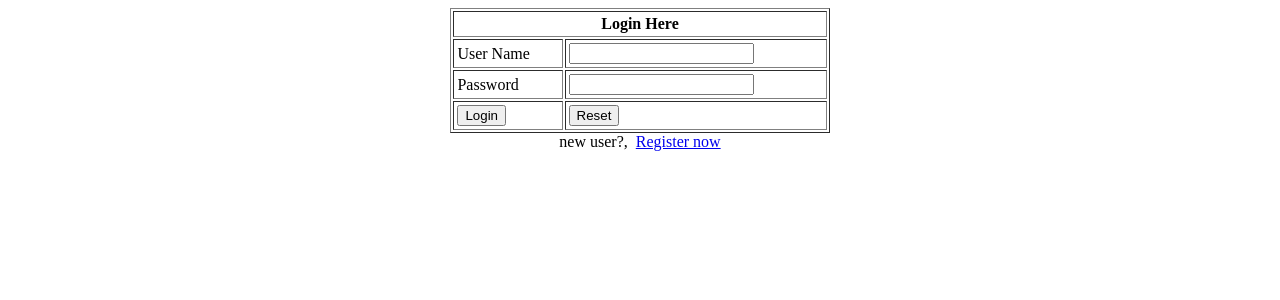
Repository: balu-sadanandan/demo-Shopping-cart-application
Page: http://localhost/shopping-cart/
The author's editor kept a copy of each file at every save. The page is drawn from the files as they stood at one save, then again after the next save.
The browser window is 1280 px wide. The pictures show the whole page.
The page is served by Tomcat 9.

Above is the page before, as saved 2017-09-19 08:01:35.

After the next save:
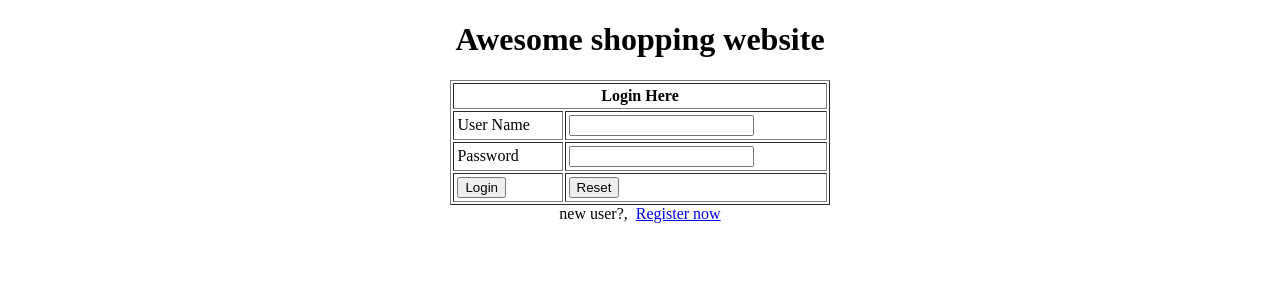
Saved 11 s later.
--- a/shopping-cart/WebContent/login1.jsp
+++ b/shopping-cart/WebContent/login1.jsp
@@ -6,7 +6,9 @@
         <title>Login</title>
     </head>
     <body>
-
+    	  <center>
+        <h1>Awesome shopping website</h1>
+    </center>
         <form method="post" action="login">
             <center>
 
